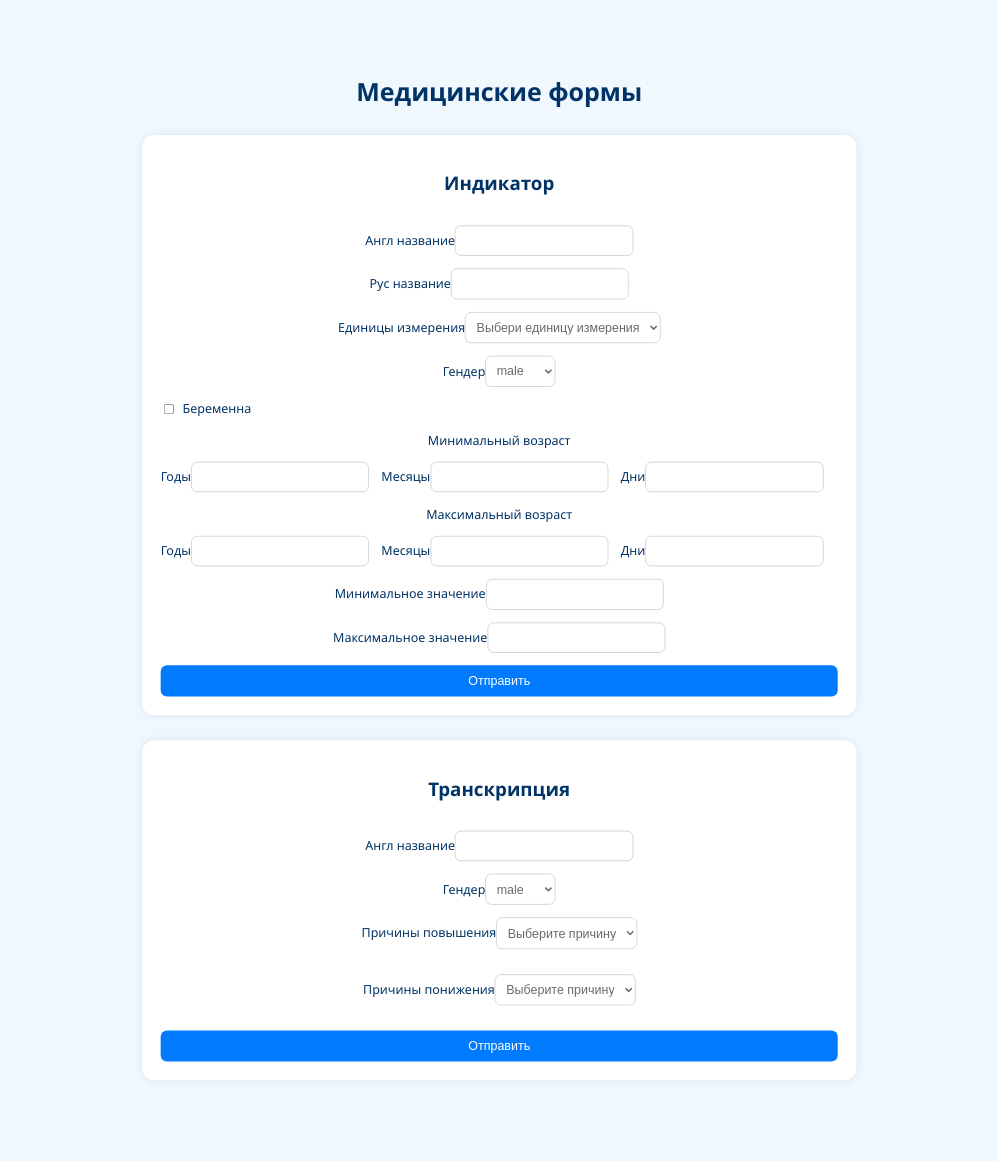
Repository: GGlebux/Transay
Page: / (app in frontend/)
These files come from the project's save history. The page is drawn as it stood at one moment and after the next save; the edit follows.
The browser window is 1280 px wide. The pictures show the whole page, at 78% of full size.
The project was rebuilt for these pictures with package versions that can differ from the ones it lists, and the page was loaded fresh each time. Also part of the build but not shown: frontend/vite.config.ts.

Above is the page before, as saved 2025-08-04 16:32:21.

After the next save:
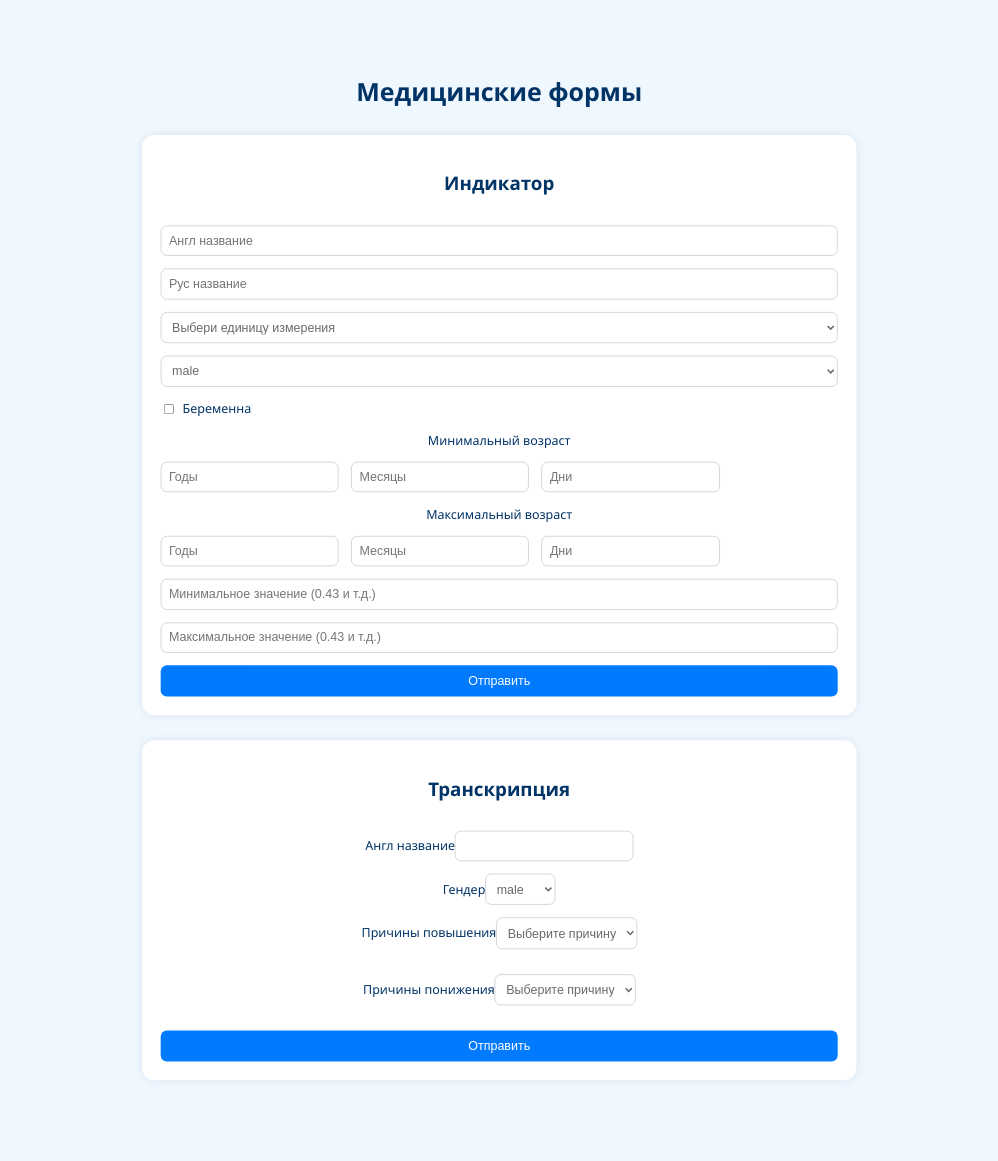
Saved 2 s later.
--- a/frontend/src/components/IndicatorForm.tsx
+++ b/frontend/src/components/IndicatorForm.tsx
@@ -10,32 +10,19 @@
     setUnits(['mg/L', 'mmol/L', 'g/dL']);
   }, []);
 
-return (
-  <form className="form-card">
-    <h2>Индикатор</h2>
+  return (
+    <form className="form-card">
+      <h2>Индикатор</h2>
+      <input placeholder="Англ название" />
+      <input placeholder="Рус название" />
 
-    <label className="form-label">
-      Англ название
-      <input type="text" />
-    </label>
-
-    <label className="form-label">
-      Рус название
-      <input type="text" />
-    </label>
-
-    <label className="form-label">
-      Единицы измерения
       <select>
         <option>Выбери единицу измерения</option>
         {units.map((u) => (
           <option key={u}>{u}</option>
         ))}
       </select>
-    </label>
 
-    <label className="form-label">
-      Гендер
       <select>
         {genders.map((g) => (
           <option key={g} value={g}>
@@ -43,40 +30,32 @@
           </option>
         ))}
       </select>
-    </label>
 
-    <label className="form-label checkbox">
-      <input type="checkbox" />
-      Беременна
-    </label>
+      <label className="checkbox">
+        <input type="checkbox" />
+        Беременна
+      </label>
 
-    <label className="form-label">Минимальный возраст</label>
-    <div className="age-row">
-      <label className="form-label">Годы<input type="number" /></label>
-      <label className="form-label">Месяцы<input type="number" /></label>
-      <label className="form-label">Дни<input type="number" /></label>
-    </div>
+      <label>Минимальный возраст</label>
+      <div className="age-row">
+        <input placeholder="Годы" type="number" />
+        <input placeholder="Месяцы" type="number" />
+        <input placeholder="Дни" type="number" />
+      </div>
 
-    <label className="form-label">Максимальный возраст</label>
-    <div className="age-row">
-      <label className="form-label">Годы<input type="number" /></label>
-      <label className="form-label">Месяцы<input type="number" /></label>
-      <label className="form-label">Дни<input type="number" /></label>
-    </div>
+      <label>Максимальный возраст</label>
+      <div className="age-row">
+        <input placeholder="Годы" type="number" />
+        <input placeholder="Месяцы" type="number" />
+        <input placeholder="Дни" type="number" />
+      </div>
 
-    <label className="form-label">
-      Минимальное значение
-      <input type="number" step="0.0001" />
-    </label>
+      <input placeholder="Минимальное значение (0.43 и т.д.)" type="number" step="0.0001" />
+      <input placeholder="Максимальное значение (0.43 и т.д.)" type="number" step="0.0001" />
 
-    <label className="form-label">
-      Максимальное значение
-      <input type="number" step="0.0001" />
-    </label>
-
-    <button type="submit">Отправить</button>
-  </form>
-);
+      <button type="submit">Отправить</button>
+    </form>
+  );
 }
 
 export default IndicatorForm;

After the 2 saves that followed:
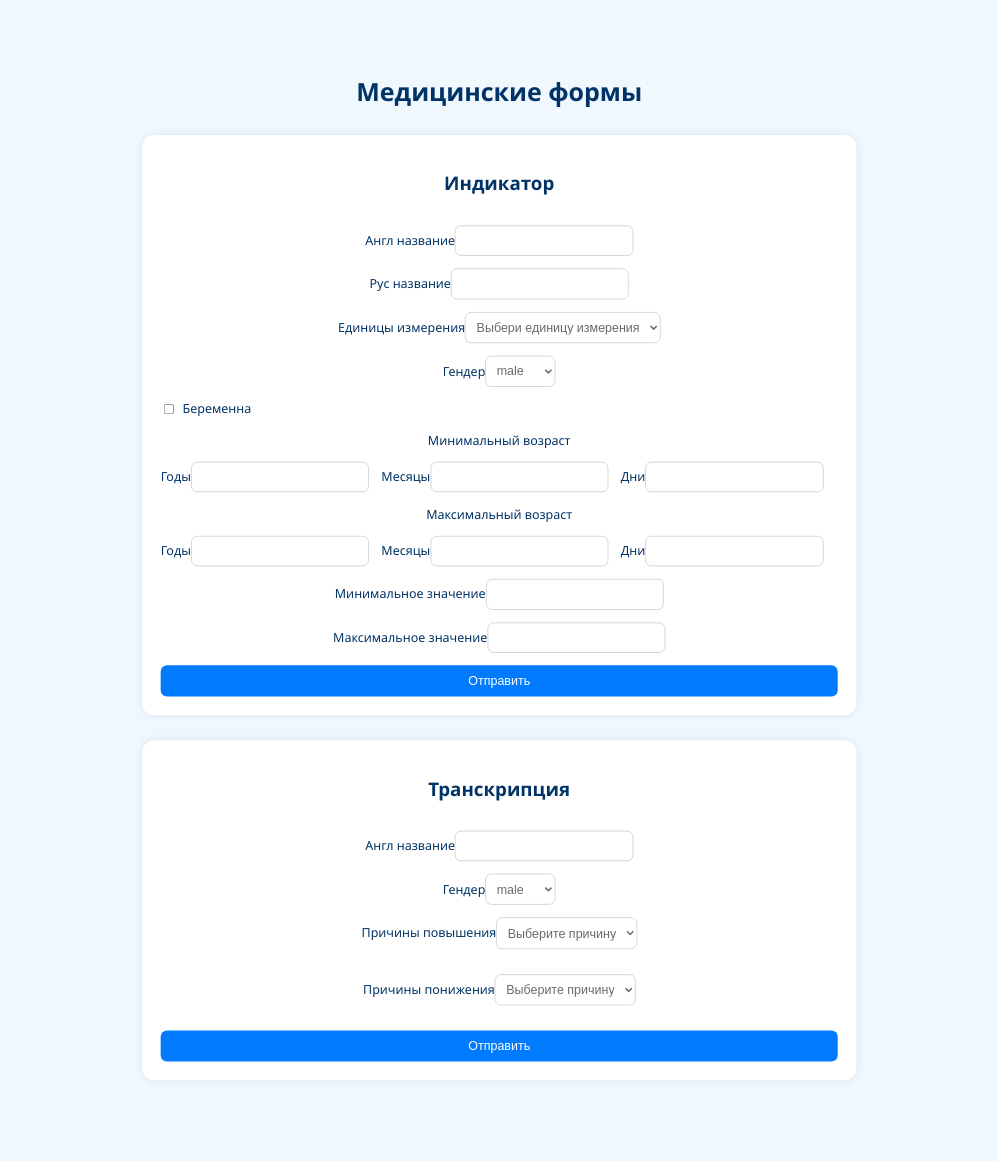
The 2 saves are shown as one change because they came seconds apart.
The last was saved 11 s later.
--- a/frontend/src/components/IndicatorForm.tsx
+++ b/frontend/src/components/IndicatorForm.tsx
@@ -10,19 +10,32 @@
     setUnits(['mg/L', 'mmol/L', 'g/dL']);
   }, []);
 
-  return (
-    <form className="form-card">
-      <h2>Индикатор</h2>
-      <input placeholder="Англ название" />
-      <input placeholder="Рус название" />
+return (
+  <form className="form-card">
+    <h2>Индикатор</h2>
 
+    <label className="form-label">
+      Англ название
+      <input type="text" />
+    </label>
+
+    <label className="form-label">
+      Рус название
+      <input type="text" />
+    </label>
+
+    <label className="form-label">
+      Единицы измерения
       <select>
         <option>Выбери единицу измерения</option>
         {units.map((u) => (
           <option key={u}>{u}</option>
         ))}
       </select>
+    </label>
 
+    <label className="form-label">
+      Гендер
       <select>
         {genders.map((g) => (
           <option key={g} value={g}>
@@ -30,32 +43,40 @@
           </option>
         ))}
       </select>
+    </label>
 
-      <label className="checkbox">
-        <input type="checkbox" />
-        Беременна
-      </label>
+    <label className="form-label checkbox">
+      <input type="checkbox" />
+      Беременна
+    </label>
 
-      <label>Минимальный возраст</label>
-      <div className="age-row">
-        <input placeholder="Годы" type="number" />
-        <input placeholder="Месяцы" type="number" />
-        <input placeholder="Дни" type="number" />
-      </div>
+    <label className="form-label">Минимальный возраст</label>
+    <div className="age-row">
+      <label className="form-label">Годы<input type="number" /></label>
+      <label className="form-label">Месяцы<input type="number" /></label>
+      <label className="form-label">Дни<input type="number" /></label>
+    </div>
 
-      <label>Максимальный возраст</label>
-      <div className="age-row">
-        <input placeholder="Годы" type="number" />
-        <input placeholder="Месяцы" type="number" />
-        <input placeholder="Дни" type="number" />
-      </div>
+    <label className="form-label">Максимальный возраст</label>
+    <div className="age-row">
+      <label className="form-label">Годы<input type="number" /></label>
+      <label className="form-label">Месяцы<input type="number" /></label>
+      <label className="form-label">Дни<input type="number" /></label>
+    </div>
 
-      <input placeholder="Минимальное значение (0.43 и т.д.)" type="number" step="0.0001" />
-      <input placeholder="Максимальное значение (0.43 и т.д.)" type="number" step="0.0001" />
+    <label className="form-label">
+      Минимальное значение
+      <input type="number" step="0.0001" />
+    </label>
 
-      <button type="submit">Отправить</button>
-    </form>
-  );
+    <label className="form-label">
+      Максимальное значение
+      <input type="number" step="0.0001" />
+    </label>
+
+    <button type="submit">Отправить</button>
+  </form>
+);
 }
 
 export default IndicatorForm;
